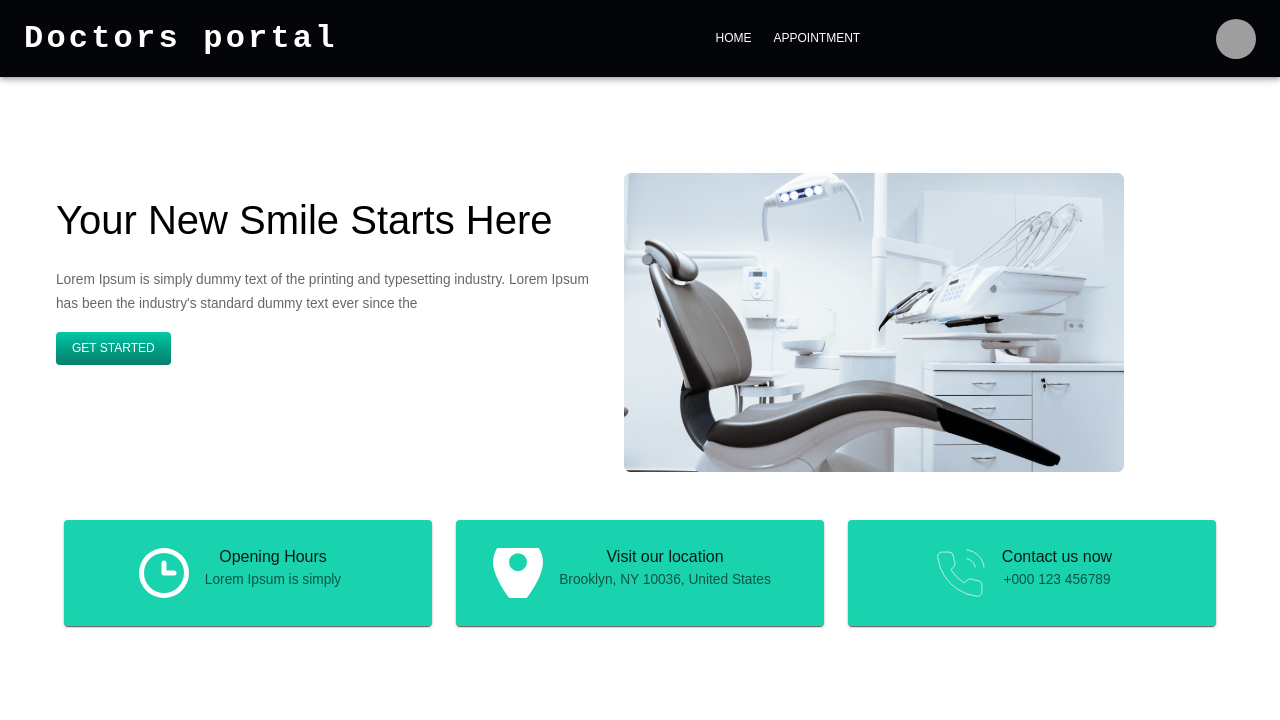
Repository: mdrubel02/health-care
Page: /
These files come from the project's save history. The page is drawn as it stood at one moment and after the next save; the edit follows.
The browser window is 1280 px wide. The pictures show the whole page.
Pictures or frames that could not be fetched are drawn as grey boxes. The project was rebuilt for these pictures with package versions that can differ from the ones it lists, and the page was loaded fresh each time. Also part of the build but not shown: src/Pages/Appointment/Appointment.js.

Above is the page before, as saved 2022-11-15 23:32:25.

### src/index.js
import React from 'react';
import ReactDOM from 'react-dom';
import './index.css';
import App from './App';
import reportWebVitals from './reportWebVitals';
import { ColorContextProvider } from './Theme/Theme';

ReactDOM.render(
  <React.StrictMode>
    <ColorContextProvider>
      <App />
    </ColorContextProvider>
  </React.StrictMode>,
  document.getElementById('root')
);

// If you want to start measuring performance in your app, pass a function
// to log results (for example: reportWebVitals(console.log))
// or send to an analytics endpoint. Learn more: https://bit.ly/CRA-vitals
reportWebVitals();

### src/App.js
import { RouterProvider } from 'react-router-dom';
import router from './Layout/router';

function App() {
  return (
    <div>
     <RouterProvider router={router}></RouterProvider>
    </div>
  );
}

export default App;

### src/Theme/Theme.js
import { createTheme, ThemeProvider } from "@mui/material";
import { createContext, useMemo, useState } from "react";

// color design tokens export
export const DrawerWidth = 250;
export const tokens = (mode) => ({
    ...(mode === "dark"
        ? {
            grey: {
                100: "#e0e0e0",
                200: "#c2c2c2",
                300: "#a3a3a3",
                400: "#858585",
                500: "#666666",
                600: "#525252",
                700: "#3d3d3d",
                800: "#292929",
                900: "#141414",
            },
            primary: {
                100: "#d0d1d5",
                200: "#a1a4ab",
                300: "#727681",
                400: "#1F2A40",
                500: "#141b2d",
                600: "#101624",
                700: "#0c101b",
                800: "#080b12",
                900: "#040509",
            },
            greenAccent: {
                100: "#dbf5ee",
                200: "#b7ebde",
                300: "#94e2cd",
                400: "#70d8bd",
                500: "#4cceac",
                600: "#3da58a",
                700: "#2e7c67",
                800: "#1e5245",
                900: "#0f2922",
            },
            redAccent: {
                100: "#f8dcdb",
                200: "#f1b9b7",
                300: "#e99592",
                400: "#e2726e",
                500: "#db4f4a",
                600: "#af3f3b",
                700: "#832f2c",
                800: "#58201e",
                900: "#2c100f",
            },
            blueAccent: {
                100: "#e1e2fe",
                200: "#c3c6fd",
                300: "#a4a9fc",
                400: "#868dfb",
                500: "#6870fa",
                600: "#535ac8",
                700: "#3e4396",
                800: "#2a2d64",
                900: "#151632",
            },
        }
        : {
            grey: {
                100: "#141414",
                200: "#292929",
                300: "#3d3d3d",
                400: "#525252",
                500: "#666666",
                600: "#858585",
                700: "#a3a3a3",
                800: "#c2c2c2",
                900: "#e0e0e0",
            },
            primary: {
                100: "#040509",
                200: "#080b12",
                300: "#0c101b",
                400: "#f2f0f0", // manually changed
                500: "#141b2d",
                600: "#1F2A40",
                700: "#727681",
                800: "#a1a4ab",
                900: "#d0d1d5",
            },
            greenAccent: {
                100: "#0f2922",
                200: "#1e5245",
                300: "#2e7c67",
                400: "#3da58a",
                500: "#4cceac",
                600: "#70d8bd",
                700: "#94e2cd",
                800: "#b7ebde",
                900: "#dbf5ee",
            },
            redAccent: {
                100: "#2c100f",
                200: "#58201e",
                300: "#832f2c",
                400: "#af3f3b",
                500: "#db4f4a",
                600: "#e2726e",
                700: "#e99592",
                800: "#f1b9b7",
                900: "#f8dcdb",
            },
            blueAccent: {
                100: "#151632",
                200: "#2a2d64",
                300: "#3e4396",
                400: "#535ac8",
                500: "#6870fa",
                600: "#868dfb",
                700: "#a4a9fc",
                800: "#c3c6fd",
                900: "#e1e2fe",
            },
        }),
});

// mui theme settings
export const themeSettings = (mode) => {
    const colors = tokens(mode);
    return {
        palette: {
            mode: mode,
            ...(mode === "dark"
                ? {
                    // palette values for dark mode
                    primary: {
                        main: colors.primary[500],
                    },
                    secondary: {
                        main: colors.greenAccent[500],
                    },
                    neutral: {
                        dark: colors.grey[700],
                        main: colors.grey[500],
                        light: colors.grey[100],
                    },
                    background: {
                        default: colors.primary[500],
                    },
                }
                : {
                    // palette values for light mode
                    primary: {
                        main: colors.primary[100],
                    },
                    secondary: {
                        main: colors.greenAccent[500],
                    },
                    neutral: {
                        dark: colors.grey[700],
                        main: colors.grey[500],
                        light: colors.grey[100],
                    },
                    background: {
                        default: "#fcfcfc",
                    },
                }),
        },
        components: {

            MuiButton: {
                defaultProps: {
                    disableRipple: true,
                    disableElevation: true,
                    styleOverrides: {
                        textDecoration: 'none',
                        "&:hover": {
                            color: "#fff"
                        }
                    },
                },
                MuiTooltip: {
                    defaultProps: {
                      arrow: true,
                    },
                    styleOverrides: {
                      tooltip: {
                        background: '',
                      },
                      arrow: {
                        color: '',
                      },
                    },
                  },
            },
            MuiDrawer: {
                styleOverrides: {
                  paper: {
                    width: DrawerWidth,
                    background: '',
                    color: '',
                    borderRadius: '0px 100px 0px 0px',
                    borderRight: `1px solid `
                  }
                }
              },
              MuiDivider: {
                styleOverrides: {
                  root: {
                    borderColor: 'gray'
                  }
                }
              },
        },
        typography: {
            fontFamily: ["Source Sans Pro", "sans-serif"].join(","),
            fontSize: 12,
            h1: {
                fontFamily: ["Source Sans Pro", "sans-serif"].join(","),
                fontSize: 40,
            },
            h2: {
                fontFamily: ["Source Sans Pro", "sans-serif"].join(","),
                fontSize: 32,
            },
            h3: {
                fontSize: '1.3rem',
                letterSpacing: '0rem',
                '@media (min-width:600px)': {
                  fontSize: '2rem',
                },
            },
            h4: {
                fontFamily: ["Source Sans Pro", "sans-serif"].join(","),
                fontSize: 20,
            },
            h5: {
                fontFamily: ["Source Sans Pro", "sans-serif"].join(","),
                fontSize: 16,
            },
            h6: {
                fontFamily: ["Source Sans Pro", "sans-serif"].join(","),
                fontSize: 14,
            },
        },
    };
};

export const ColorModeContext = createContext({
    toggleMode: () => { },
    mode: "light"
})


export const ColorContextProvider = ({ children }) => {
    const [mode, setMode] = useState("light")

    const colorMode = useMemo(() => ({
        toggleMode: () => setMode(prevMode => prevMode === "light" ? "dark" : "light"),
        mode
    }), [mode])
    const theme = useMemo(() => createTheme(themeSettings(mode)), [mode]);

    return (
        <ColorModeContext.Provider value={colorMode}>
            <ThemeProvider theme={theme}>
                {children}
            </ThemeProvider>
        </ColorModeContext.Provider>
    )
}

### src/Layout/router.js
import { createBrowserRouter } from "react-router-dom";
import Appointment from "../Pages/Appointment/Appointment";
import Home from "../Pages/Home/Home";
import Main from "./Main";


const router = createBrowserRouter([{
    path: '/',
    element: <Main/>,
    children: [
        {path: '/',element: <Home/>},
        {path: '/home',element: <Home/>},
        {path: '/appointment',element: <Appointment/>},
    ]
}])
export default router;

### src/Pages/Home/Home.js
import { Container } from '@mui/material';
import React from 'react';
import Banner from './Banner/Banner';
import Information from './Information/Information';



const Home = () => {
    return (
        <Container>
            <Banner />
            <Information />

        </Container>
    );
};

export default Home;

### src/Layout/Main.js
import React from 'react';
import { Outlet } from 'react-router-dom';
import Header from '../Pages/Header/Header';

const Main = () => {
    return (
        <div>
           <Header/>
           <Outlet/>

        </div>
    );
};

export default Main;

### src/Pages/Home/Banner/Banner.js
import React from 'react';
import { Box, Button, CardContent, CardMedia, Grid, Typography } from '@mui/material';
import chair from '../../../assets/images/chair.png'

const Banner = () => {
    return (
        <Box sx={{  marginTop: '8rem', marginBottom: '3rem' }}>
            <Grid sx={{ flexGrow: 2}} container spacing={4}  >
                <Grid xs={12} md={12} lg={6}>
                    <Box sx={{ padding: '.5rem' }}>
                        <CardContent sx={{ flex: '1 0 auto' }}>
                            <Typography component="div" variant="h1" marginBottom='1.5rem'>
                                Your New Smile Starts Here
                            </Typography>
                            <Typography variant="subtitle1" color="text.secondary" component="p" sx={{marginBottom: '1rem'}}>
                                Lorem Ipsum is simply dummy text of the printing and typesetting industry. Lorem Ipsum has been the industry's standard dummy text ever since the
                            </Typography>
                            <Button
                            sx={{
                                background:
                                  'linear-gradient(to bottom, #04C8A4 , ' +
                                  '#00A187, #05806D 100%)',
                                  color:'white',
                              }}

                            variant='content'>GET STARTED</Button>
                        </CardContent>

                    </Box>
                </Grid>
                <Grid xs={6} md={12} lg={6}>
                    <CardMedia
                        component="img"
                        sx={{ width: 500 }}
                        image={chair}
                        alt="Live from space album cover"
                    />
                </Grid>
            </Grid>
        </Box>
    );
};

export default Banner;

### src/Pages/Home/Information/Information.js
import { Box, Card, CardContent, CardMedia, Container, Grid, Paper, styled, Typography } from '@mui/material';
import React from 'react';
import clock from '../../../assets/icons/clock.svg';
import marker from '../../../assets/icons/marker.svg';
import phone from '../../../assets/icons/phone.svg';


const Information = () => {
    const menus = [
        { id: '01', img: clock, title: 'Opening Hours', description: 'Lorem Ipsum is simply ' },
        { id: '02', img: marker, title: 'Visit our location', description: 'Brooklyn, NY 10036, United States' },
        { id: '03', img: phone, title: 'Contact us now', description: '+000 123 456789' },
    ]
    const Item = styled(Paper)(({ theme }) => ({

        backgroundColor: theme.palette.mode === 'dark' ? '#1A2027' : '#fff',
        ...theme.typography.body2,
        padding: theme.spacing(0),
        textAlign: 'center',
        color: theme.palette.text.secondary,

    }));

    return (
            <Box sx={{ flexGrow: 1 }}>
                <Grid container spacing={{lg:3, xs: 2, md: 3 }} >
                    {menus.map((menu,index) => (
                        <Grid  item xs={12} sm={12} md={6} lg={4} key={index}>
                           <Item> <Card sx={{ display: 'flex',justifyContent: 'center',alignItems: 'center',backgroundColor: '#19D3AE' ,padding: '10px'}}>
                                <CardMedia
                                    component="img"
                                    sx={{ width: 50, height: 50, }}
                                    image={menu.img}
                                    alt="Live from space album cover"
                                />
                                <Box sx={{ display: 'flex', flexDirection: 'column' }}>
                                    <CardContent sx={{ flex: '1 0 auto' }}>
                                        <Typography component="div" variant="h5">
                                            {menu.title}
                                        </Typography>
                                        <Typography variant="subtitle1" color="text.secondary" component="div">
                                            {menu.description}
                                        </Typography>
                                    </CardContent>
                                </Box>
                            </Card>
                            </Item>
                        </Grid>
                    ))}
                </Grid>
            </Box>
    );
};

export default Information;

### src/Pages/Header/Header.js
import { AppBar, Avatar, Box, Button, Container, IconButton, Menu, MenuItem, Toolbar, Tooltip, Typography, useTheme } from '@mui/material';
import AdbIcon from '@mui/icons-material/Adb';
import MenuIcon from '@mui/icons-material/Menu';
import { Link as RouterLink } from 'react-router-dom';
import React, { useState } from 'react';
import { tokens } from '../../Theme/Theme';
// import { Link } from 'react-router-dom';
import './Header.css'


const settings = ['Profile', 'Account', 'Dashboard', 'Logout'];

const Header = () => {
    const theme = useTheme();
    const colors = tokens(theme.palette.mode);
    const [anchorElNav, setAnchorElNav] = useState(null);
    const [anchorElUser, setAnchorElUser] = useState(null);

    const items = <React.Fragment>
        <Button sx={{ color: 'white' }} component={RouterLink} to="/home">Home</Button>
        <Button sx={{ color: 'white' }} component={RouterLink} to="/appointment">Appointment</Button>
    </React.Fragment>

    const handleOpenNavMenu = (event) => {
        setAnchorElNav(event.currentTarget);
    };
    const handleOpenUserMenu = (event) => {
        setAnchorElUser(event.currentTarget);
    };

    const handleCloseNavMenu = () => {
        setAnchorElNav(null);
    };

    const handleCloseUserMenu = () => {
        setAnchorElUser(null);
    };
    return (
        <AppBar position="static">
            <Container maxWidth="xl">
                <Toolbar disableGutters>

                    <Typography
                        variant="h3"
                        noWrap
                        component="a"
                        href="/"
                        sx={{
                            mr: 2,
                            display: { xs: 'none', md: 'flex' },
                            fontFamily: 'monospace',
                            fontWeight: 700,
                            letterSpacing: '.2rem',
                            color: 'inherit',
                            textDecoration: 'none',
                        }}
                    >
                        Doctors portal
                    </Typography>

                    <Box className='middle' sx={{ flexGrow: 1, display: { xs: 'flex' ,  md: 'none' },justifyContent: 'center' }}>
                        <IconButton
                            size="large"
                            aria-label="account of current user"
                            aria-controls="menu-appbar"
                            aria-haspopup="true"
                            onClick={handleOpenNavMenu}
                            color="inherit"
                        >
                            <MenuIcon />
                        </IconButton>
                        <Menu
                            id="menu-appbar"
                            anchorEl={anchorElNav}
                            anchorOrigin={{
                                vertical: 'bottom',
                                horizontal: 'left',
                            }}
                            keepMounted
                            transformOrigin={{
                                vertical: 'top',
                                horizontal: 'left',
                            }}
                            open={Boolean(anchorElNav)}
                            onClose={handleCloseNavMenu}
                            sx={{
                                display: { xs: 'block', md: 'none' },
                            }}
                        >

                            <MenuItem onClick={handleCloseNavMenu}>
                                <Typography variant="h5" sx={{ color: 'withe' }} textAlign="center">{items}</Typography>
                            </MenuItem>

                        </Menu>
                    </Box>

                    <Typography
                        variant="h3"
                        noWrap
                        component="a"
                        href=""
                        sx={{
                            mr: 2,
                            display: { xs: 'flex', md: 'none' },
                            flexGrow: 1,
                            fontFamily: 'monospace',
                            fontWeight: 700,
                            letterSpacing: '.3rem',
                            color: 'inherit',
                            textDecoration: 'none',
                        }}
                    >
                        Doctors portal
                    </Typography>
                    <Box sx={{ flexGrow: 1, display: { xs: 'none', md: 'flex' } }}>

                        <Button

                            onClick={handleCloseNavMenu}
                            sx={{ color: `${colors.grey[400]} !important`, my: 2, display: 'block' }}
                        >
                            {items}
                        </Button>

                    </Box>

                    <Box sx={{ flexGrow: 0 }}>
                        <Tooltip title="Open settings">
                            <IconButton onClick={handleOpenUserMenu} sx={{ p: 0 }}>
                                <Avatar alt="Remy Sharp" src="/static/images/avatar/2.jpg" />
                            </IconButton>
                        </Tooltip>
                        <Menu
                            sx={{ mt: '45px' }}
                            id="menu-appbar"
                            anchorEl={anchorElUser}
                            anchorOrigin={{
                                vertical: 'top',
                                horizontal: 'right',
                            }}
                            keepMounted
                            transformOrigin={{
                                vertical: 'top',
                                horizontal: 'right',
                            }}
                            open={Boolean(anchorElUser)}
                            onClose={handleCloseUserMenu}
                        >
                            {settings.map((setting) => (
                                <MenuItem key={setting} onClick={handleCloseUserMenu}>
                                    <Typography textAlign="center">{setting}</Typography>
                                </MenuItem>
                            ))}
                        </Menu>
                    </Box>
                </Toolbar>
            </Container>
        </AppBar>
    );
};

export default Header;

### src/Pages/Header/Header.css
.lip{
    color: white;
}
.css-1t6c9ts{
    justify-content: center;
}

### src/Pages/Home/Services/Services.js
import { Box, Card, CardContent, CardMedia, Grid, Paper, styled, Typography } from '@mui/material';
import React from 'react';
import cavity from '../../../assets/images/cavity.png';
import fluoride from '../../../assets/images/fluoride.png';
import whitening from '../../../assets/images/whitening.png';
const Services = () => {
    const services = [
        { id: '01', img: fluoride, title: 'Fluoride Treatment', description: 'Lorem Ipsum is simply dummy printing and typesetting indust Ipsum has been the' },
        { id: '02', img: cavity, title: 'Cavity Filling', description: 'Lorem Ipsum is simply dummy printing and typesetting indust Ipsum has been the, United States' },
        { id: '03', img: whitening, title: 'Teeth Whitening', description: 'Lorem Ipsum is simply dummy printing and typesetting indust Ipsum has been the, United States' },
    ]
    const Item = styled(Paper)(({ theme }) => ({

        backgroundColor: theme.palette.mode === 'dark' ? '#1A2027' : '#fff',
        ...theme.typography.body2,
        padding: theme.spacing(0),
        textAlign: 'center',
        color: theme.palette.text.secondary,

    }));

    return (
        <Box sx={{ flexGrow: 1 }}>
            <Grid container spacing={{ lg: 3, xs: 2, md: 3 }} >
                {services.map((service, index) => (
                    <Grid item xs={12} sm={12} md={6} lg={4} key={index}>
                        <Item> <Card sx={{ display: 'flex', justifyContent: 'center', alignItems: 'center', backgroundColor: '#19D3AE', padding: '10px' }}>
                            <CardMedia
                                component="img"
                                sx={{ width: 50, height: 50, }}
                                image={service.img}
                                alt="Live from space album cover"
                            />
                            <Box sx={{ display: 'flex', flexDirection: 'column' }}>
                                <CardContent sx={{ flex: '1 0 auto' }}>
                                    <Typography component="div" variant="h5">
                                        {service.title}
                                    </Typography>
                                    <Typography variant="subtitle1" color="text.secondary" component="div">
                                        {service.description}
                                    </Typography>
                                </CardContent>
                            </Box>
                        </Card>
                        </Item>
                    </Grid>
                ))}
            </Grid>
        </Box>
    );
};

export default Services;

Loaded but not shown: public/index.html (common file); src/index.css (common file); src/reportWebVitals.js (common file)

After the next save:
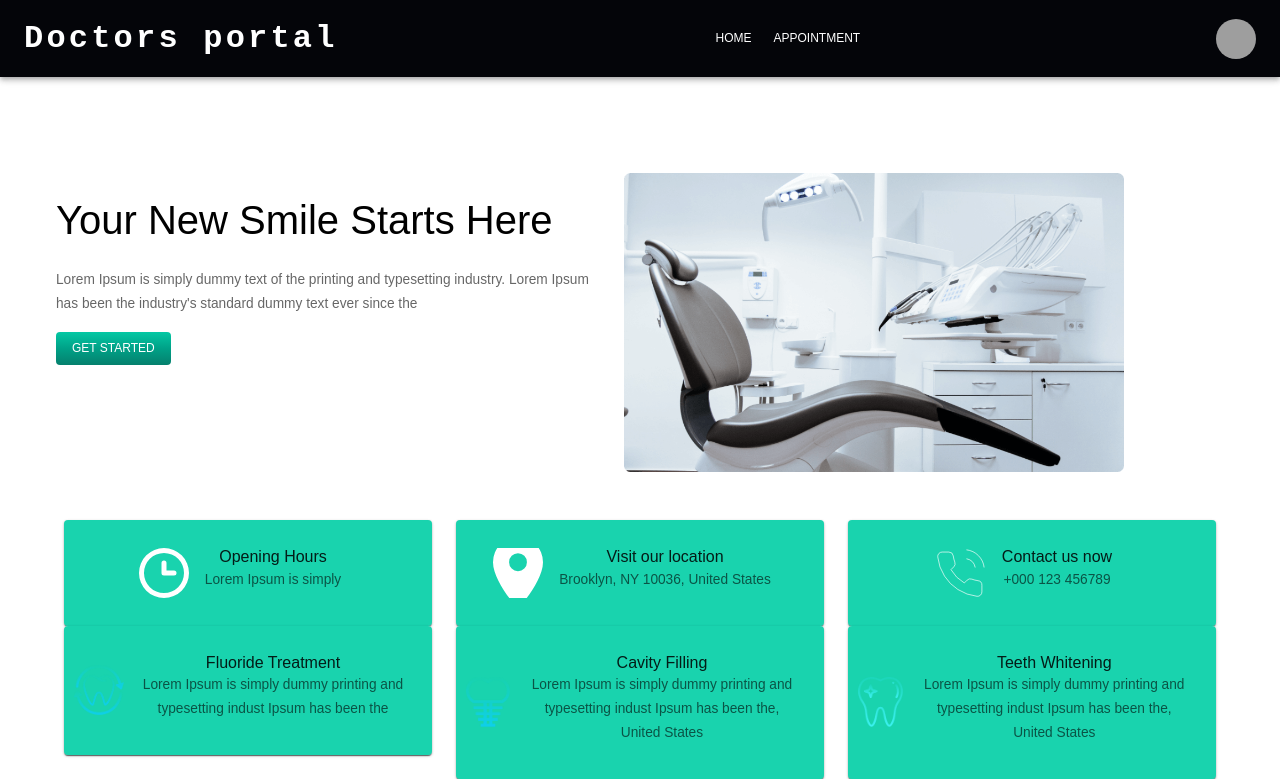
Saved 15 s later.
--- a/src/Pages/Home/Home.js
+++ b/src/Pages/Home/Home.js
@@ -2,6 +2,7 @@ import { Container } from '@mui/material';
 import React from 'react';
 import Banner from './Banner/Banner';
 import Information from './Information/Information';
+import Services from './Services/Services';
 
 
 
@@ -10,7 +11,7 @@ const Home = () => {
         <Container>
             <Banner />
             <Information />
-
+            <Services/>
         </Container>
     );
 };
